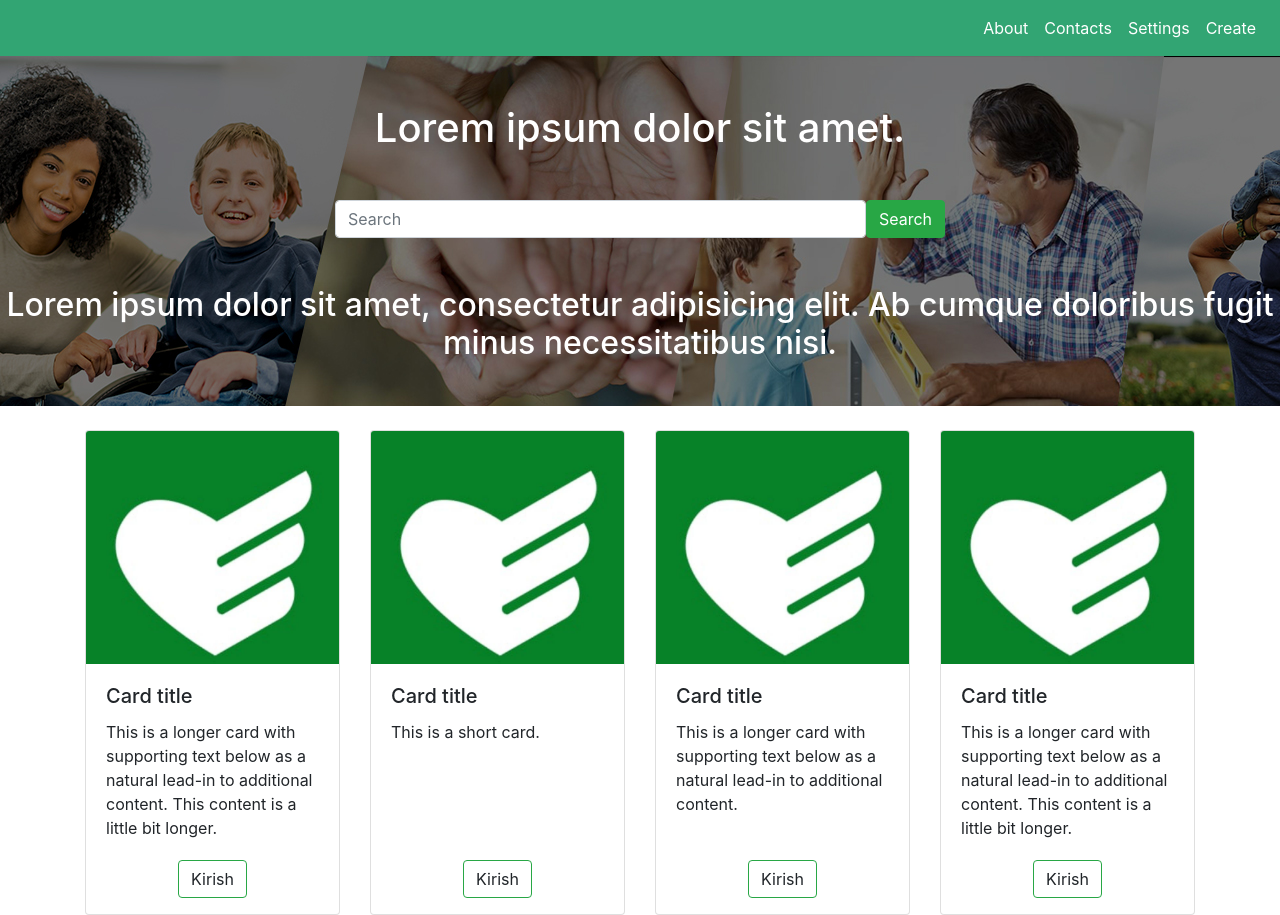
Repository: abduvali-aminov/fond
Page: http://localhost/main
An editor plug-in stored every save of this project. The page is shown before and after the next save, followed by the edit.
The browser window is 1280 px wide. The pictures show the whole page.
The page is served by the project's Laravel application, run on PHP 8.4 with Laravel 8. Other server files are loaded and not shown.

Above is the page before, as saved 2021-01-18 14:18:12.

### routes/web.php
<?php

use App\Http\Controllers\AppliesController;
use App\Http\Controllers\MainController;
use Illuminate\Support\Facades\Route;

/*
|--------------------------------------------------------------------------
| Web Routes
|--------------------------------------------------------------------------
|
| Here is where you can register web routes for your application. These
| routes are loaded by the RouteServiceProvider within a group which
| contains the "web" middleware group. Now create something great!
|
*/

Route::get('/', function () {
    return view('welcome');
});

Route::get('/apply', [AppliesController::class, 'index'])->name('apply');
Route::get('/apply-create', [AppliesController::class, 'create'])->name('apply-create');
Route::post('/apply-store', [AppliesController::class, 'store'])->name('apply-store');
Route::get('/main', [MainController::class, 'index'])->name('main');

### app/Http/Controllers/MainController.php
<?php

namespace App\Http\Controllers;

use Illuminate\Http\Request;

class MainController extends Controller
{
    public function index()
    {
        return view('main.index');
    }
}

### resources/views/main/index.blade.php
@extends('main.main')
@section('content')

    <div  style="height: 350px;background-image:url('{{ asset('images/photo_3.jpg') }}');position:relative">
        <center>
            <div class="pt-5">
                <h1 class="text-white">Lorem ipsum dolor sit amet.</h1>
                <form class="d-flex col-6 mt-5">
                    <input class="form-control" type="search" placeholder="Search" aria-label="Search">
                    <button class="btn btn-success" type="submit">Search</button>
                </form>
                <h2 class="text-center text-white mt-5">Lorem ipsum dolor sit amet, consectetur adipisicing elit. Ab cumque doloribus fugit minus necessitatibus nisi.</h2>
            </div>
        </center>
    </div>

    <div class="container">
        <div class="row row-cols-1 mt-4 row-cols-md-4 g-4">
            <div class="col">
                <div class="card h-100">
                    <img src="{{ asset('/images/photo.jpg') }}" class="card-img-top" alt="...">                <div class="card-body">
                        <h5 class="card-title">Card title</h5>
                        <p class="card-text">This is a longer card with supporting text below as a natural lead-in to
                            additional content. This content is a little bit longer.</p>
                    </div>
                    <div class="text-center mb-3">
                        <a class="btn btn-outline-success"> Kirish </a>
                    </div>
                </div>
            </div>
            <div class="col">
                <div class="card h-100">
                    <img src="{{ asset('/images/photo.jpg') }}" class="card-img-top" alt="...">
                    <div class="card-body">
                        <h5 class="card-title">Card title</h5>
                        <p class="card-text">This is a short card.</p>
                    </div>
                    <div class="text-center mb-3">
                        <a class="btn btn-outline-success"> Kirish </a>
                    </div>
                </div>
            </div>
            <div class="col">
                <div class="card h-100">
                    <img src="{{ asset('/images/photo.jpg') }}" class="card-img-top" alt="...">
                    <div class="card-body">
                        <h5 class="card-title">Card title</h5>
                        <p class="card-text">This is a longer card with supporting text below as a natural lead-in to
                            additional content.</p>
                    </div>
                    <div class="text-center mb-3">
                        <a class="btn btn-outline-success"> Kirish </a>
                    </div>
                </div>
            </div>
            <div class="col">
                <div class="card h-100">
                    <img src="{{ asset('/images/photo.jpg') }}" class="card-img-top" alt="...">
                    <div class="card-body">
                        <h5 class="card-title">Card title</h5>
                        <p class="card-text">This is a longer card with supporting text below as a natural lead-in to
                            additional content. This content is a little bit longer.</p>
                    </div>
                    <div class="text-center mb-3">
                        <a class="btn btn-outline-success"> Kirish </a>
                    </div>
                </div>
            </div>
        </div>
    </div>

@endsection

### resources/views/main/main.blade.php
<!DOCTYPE html>
<html lang="en">
<head>
    <meta charset="UTF-8">
    <meta name="viewport" content="width=device-width, initial-scale=1.0">
    <meta http-equiv="X-UA-Compatible" content="ie=edge">
    <title>Document</title>

    <!-- Including the bootstrap CDN -->
    <link rel="stylesheet" href=
    "https://maxcdn.bootstrapcdn.com/bootstrap/4.4.1/css/bootstrap.min.css">
        <link rel="stylesheet" href="https://cdnjs.cloudflare.com/ajax/libs/font-awesome/4.7.0/css/font-awesome.min.css">
        <style>
            #navbar {
                /*margin-top: 20px;*/
                -webkit-text-fill-color: white;
                background-color: #32a573;
                /*position:fixed;*/
                /*top:0;*/
            }
        </style>
</head>

<body>

    <!-- Creating a navigation bar using the
            .navbar class of bootstrap -->
    <nav class="navbar navbar-expand-sm  " id="navbar">
        <ul class="navbar-nav ml-auto">

            <li class="nav-item">
                <a class="nav-link" href="#">
                    About
                </a>
            </li>
            <li class="nav-item">
                <a class="nav-link" href="#">
                    Contacts
                </a>
            </li>
            <li class="nav-item">
                <a class="nav-link" href="#">
                    Settings
                </a>
            </li>
            <li class="nav-item">
                <a class="nav-link" href="{{ route('apply-create') }}">
                    Create
                </a>
            </li>
        </ul>
    </nav>
</body>

</html>
    @yield('content')



    <!-- JS, Popper.js, and jQuery -->
    <script src="https://code.jquery.com/jquery-3.5.1.slim.min.js" integrity="sha384-DfXdz2htPH0lsSSs5nCTpuj/zy4C+OGpamoFVy38MVBnE+IbbVYUew+OrCXaRkfj" crossorigin="anonymous"></script>
    <script src="https://cdn.jsdelivr.net/npm/popper.js@1.16.1/dist/umd/popper.min.js" integrity="sha384-9/reFTGAW83EW2RDu2S0VKaIzap3H66lZH81PoYlFhbGU+6BZp6G7niu735Sk7lN" crossorigin="anonymous"></script>
    <script src="https://stackpath.bootstrapcdn.com/bootstrap/4.5.2/js/bootstrap.min.js" integrity="sha384-B4gt1jrGC7Jh4AgTPSdUtOBvfO8shuf57BaghqFfPlYxofvL8/KUEfYiJOMMV+rV" crossorigin="anonymous"></script>

</html>

Loaded but not shown: app/Http/Controllers/Controller.php (common file)

After the next save:
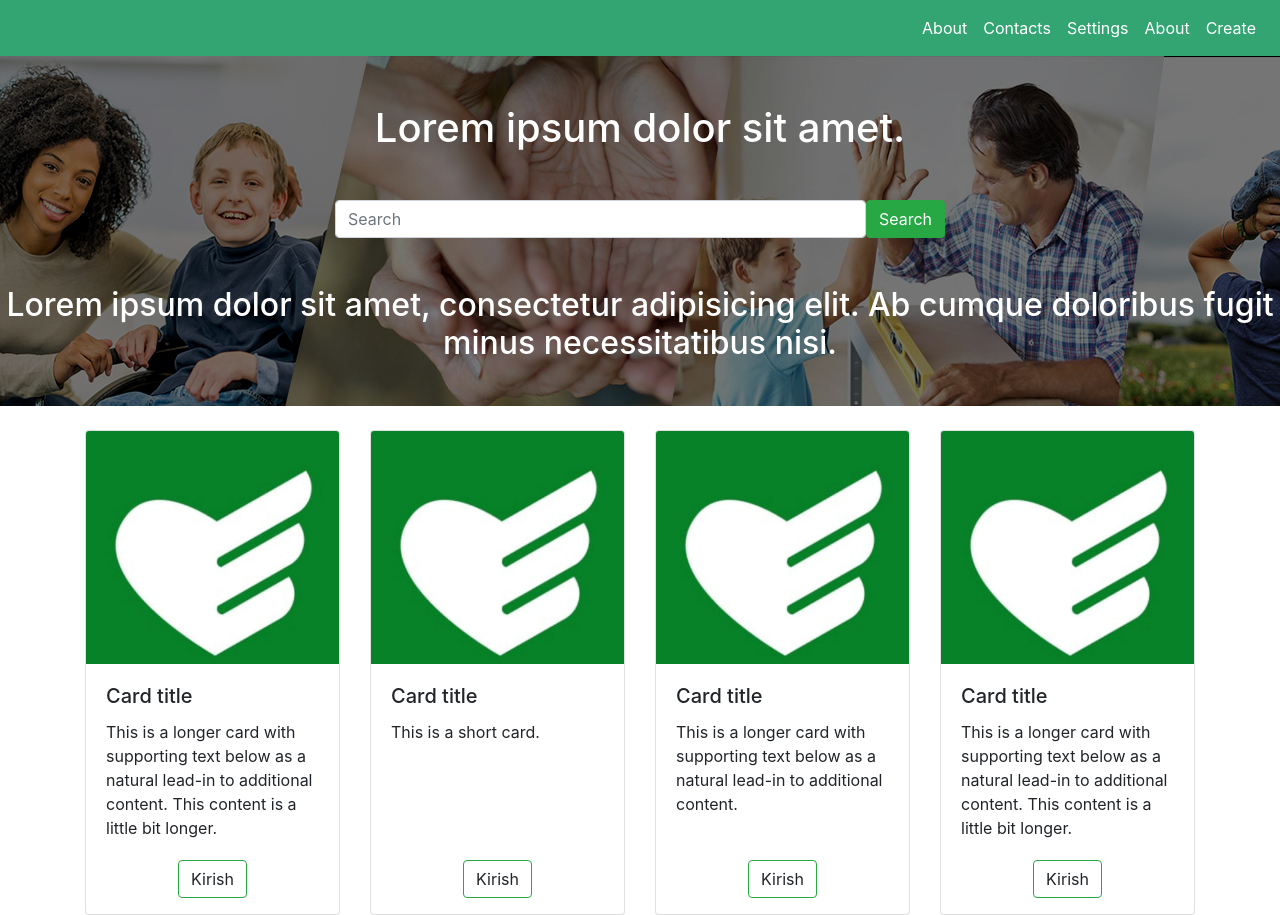
Saved 8 s later.
--- a/resources/views/main/main.blade.php
+++ b/resources/views/main/main.blade.php
@@ -44,6 +44,11 @@
                 </a>
             </li>
             <li class="nav-item">
+                <a class="nav-link" href="#">
+                    About
+                </a>
+            </li>
+            <li class="nav-item">
                 <a class="nav-link" href="{{ route('apply-create') }}">
                     Create
                 </a>
